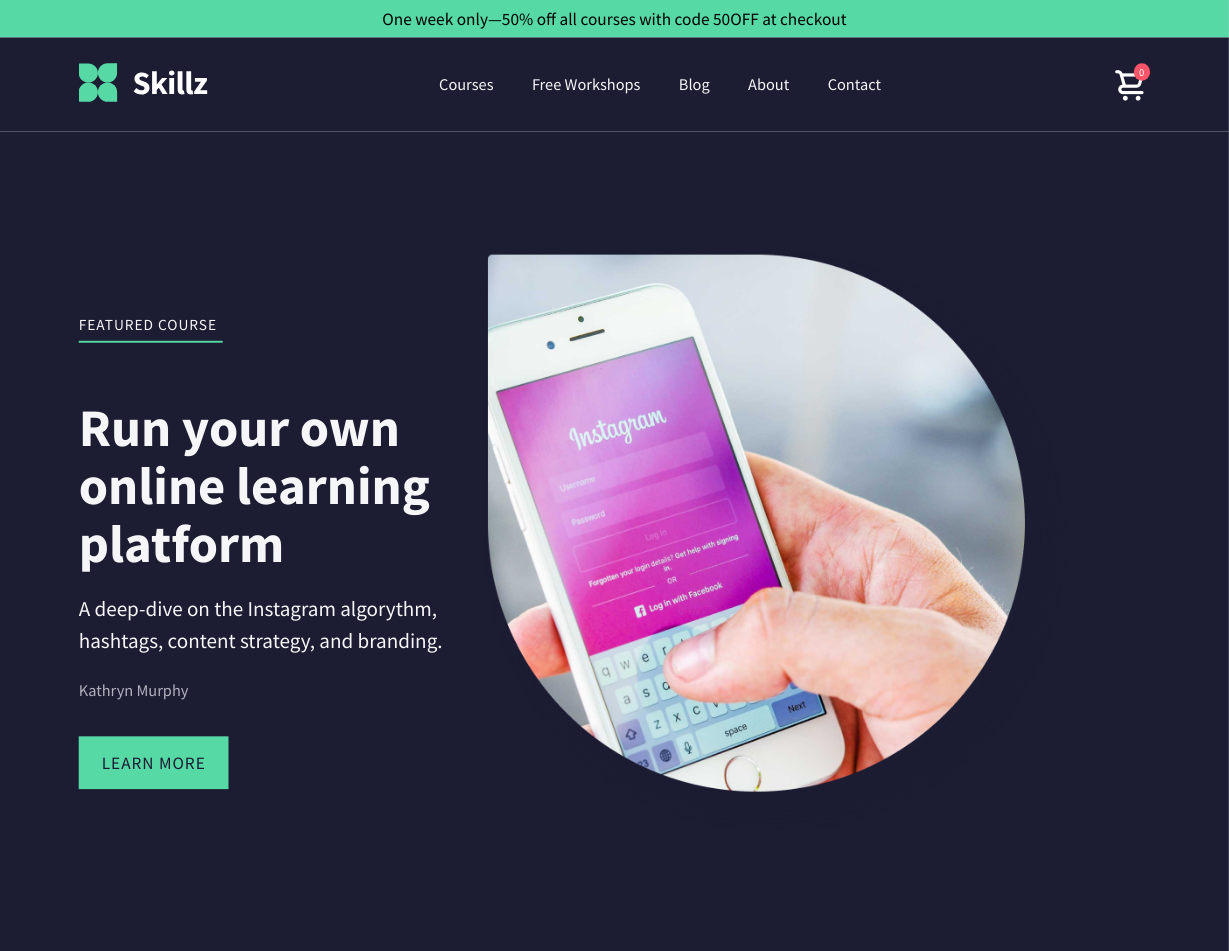
Repository: saidabbasun/skillz
Page: /
These files come from the project's save history. The page is drawn as it stood at one moment and after the next save; the edit follows.
The browser window is 1280 px wide. The pictures show the whole page, at 96% of full size.
The project was rebuilt for these pictures with package versions that can differ from the ones it lists, and the page was loaded fresh each time.

Above is the page before, as saved 2022-06-13 04:29:48.

After the next save:
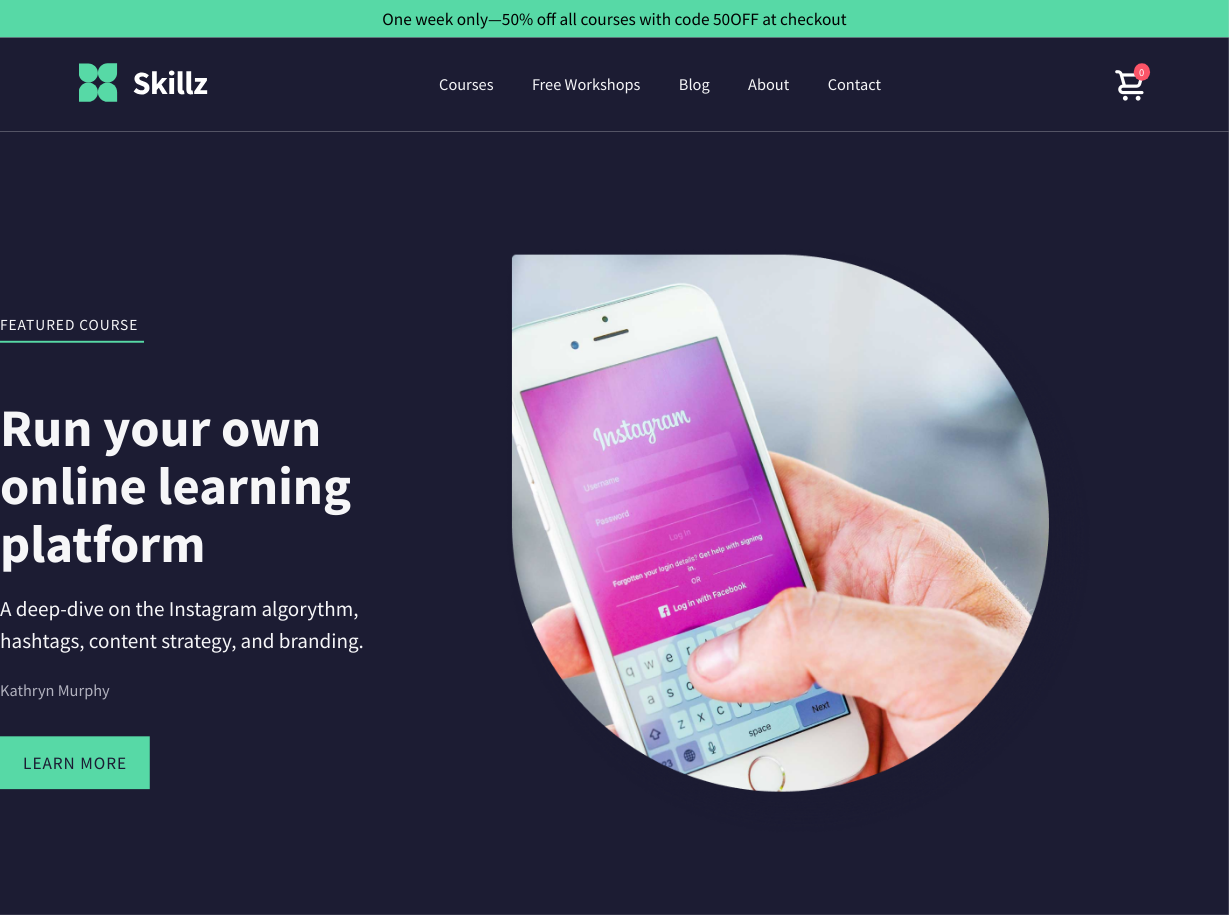
Saved 47 s later.
--- a/src/styles/Home.scss
+++ b/src/styles/Home.scss
@@ -2,7 +2,7 @@
 @import './Globl/mixin';
 .row{
 
-    padding: 120px 82px;
+    padding: 120px 0 82px;
  @include flexbox;
  background-color: $color_bg_title;
 }
